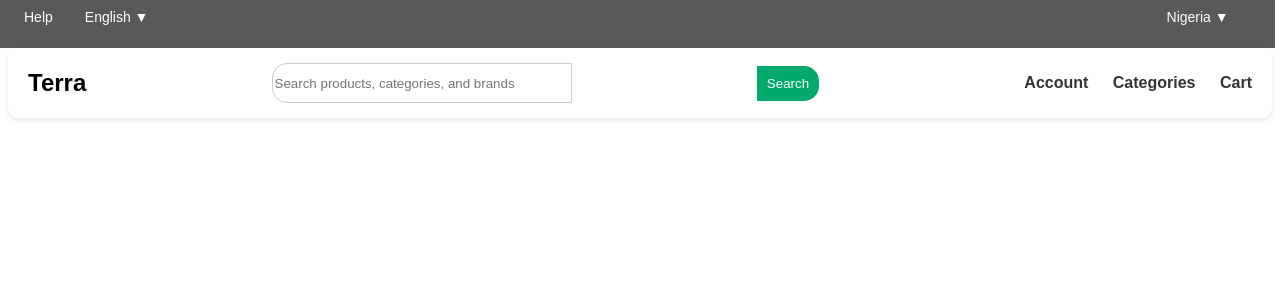
Repository: Femi007-gh/e-commerce
Page: index.html
An editor plug-in stored every save of this project. The page is shown before and after the next save, followed by the edit.
The browser window is 1280 px wide. The pictures show the whole page.

Above is the page before, as saved 2025-04-28 20:20:29.

After the next save:
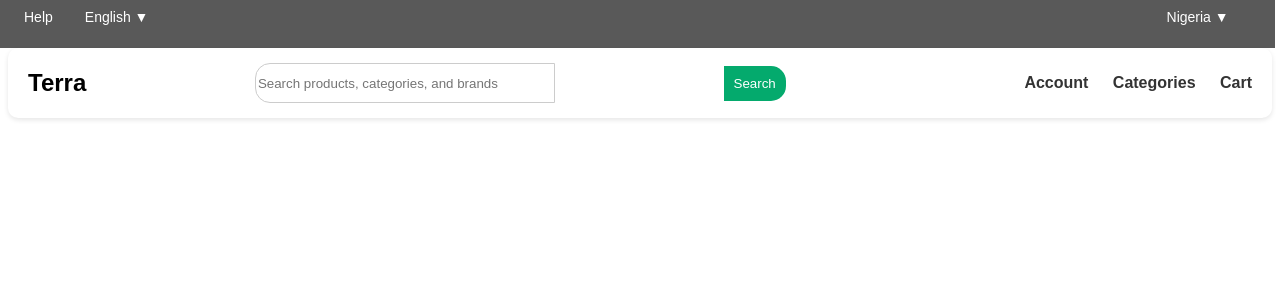
Saved 19 s later.
--- a/style.css
+++ b/style.css
@@ -101,7 +101,7 @@ body{
   border-radius: 0 15px 15px 0;
   cursor: pointer;
   padding: 10px 10px;
-  margin-right:
+  margin-right: 50px;
 }
 
 .nav-icons a {
